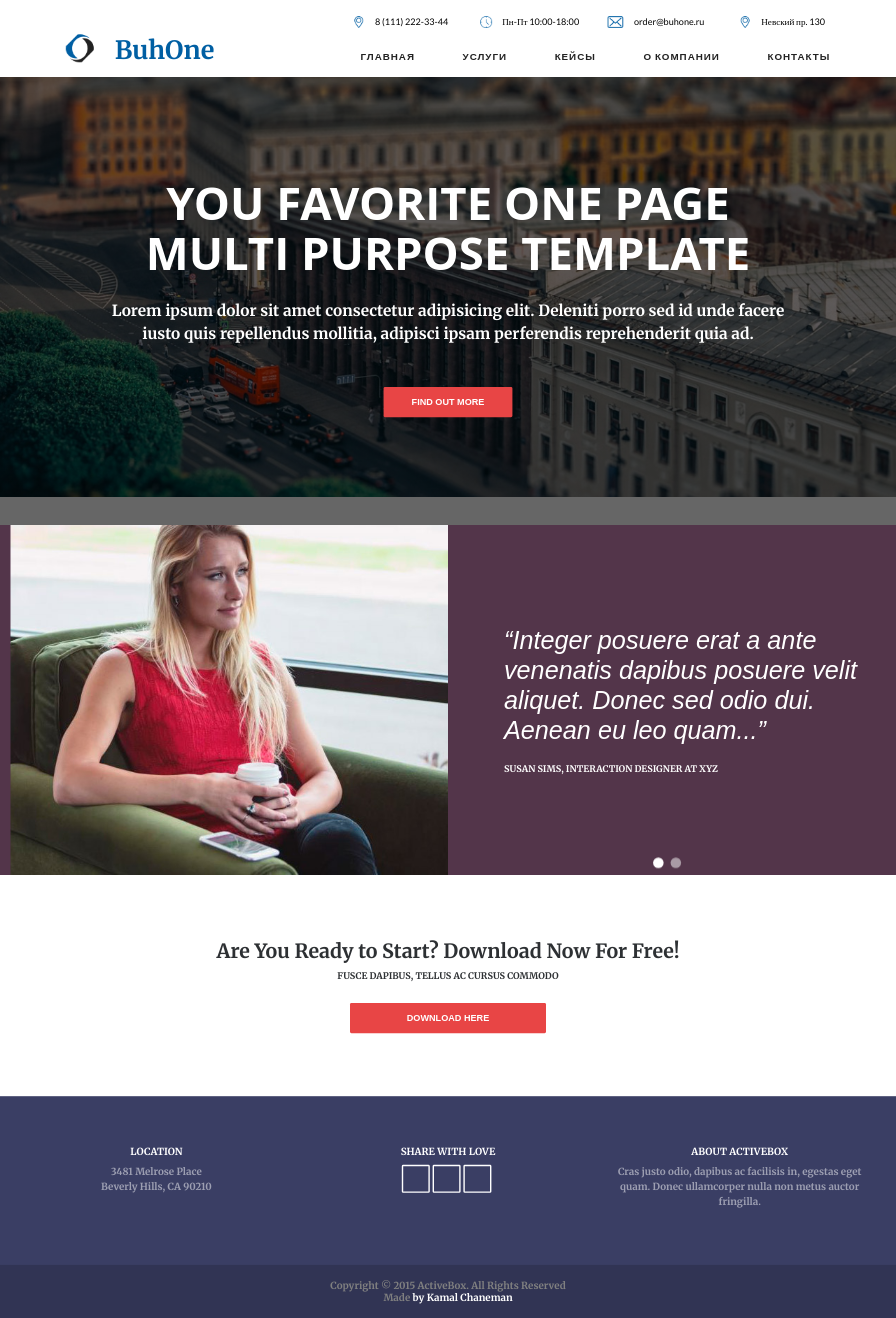
Repository: ZetsubouBilly/test
Page: index.html
The author's editor kept a copy of each file at every save. The page is drawn from the files as they stood at one save, then again after a run of saves.
The browser window is 1280 px wide. The pictures show the whole page, at 70% of full size.

Above is the page before, as saved 2023-05-13 13:14:32.

After the next 2 saves:
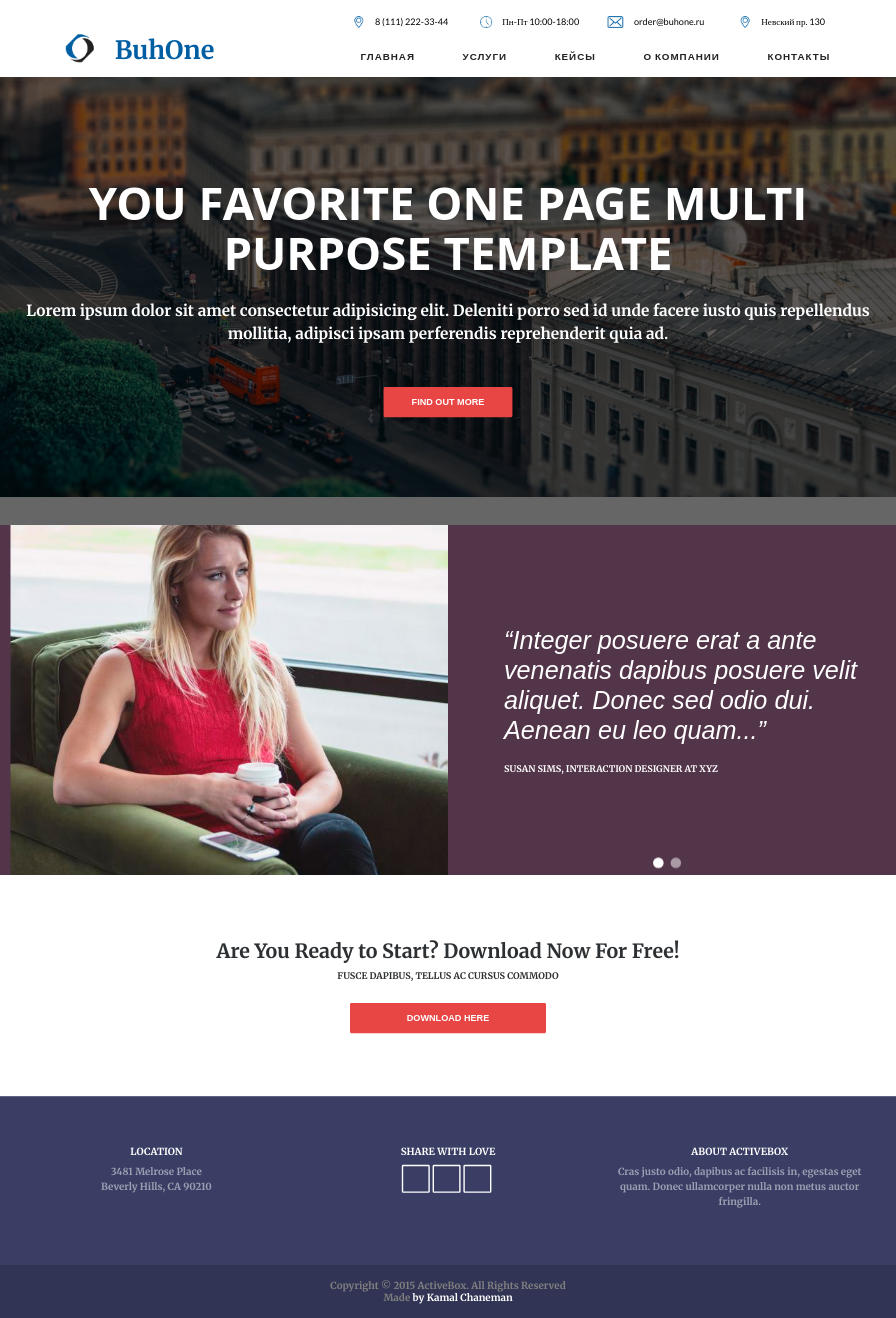
The 2 saves are shown as one change because they came seconds apart.
The last was saved 46 s later.
--- a/css/style.css
+++ b/css/style.css
@@ -185,7 +185,7 @@ p {
 
 .intro__inner {
   width: 100%;
-  max-width: 970px;
+  max-width: 1920px;
   margin: 0 auto;
   text-align: center;
 }
